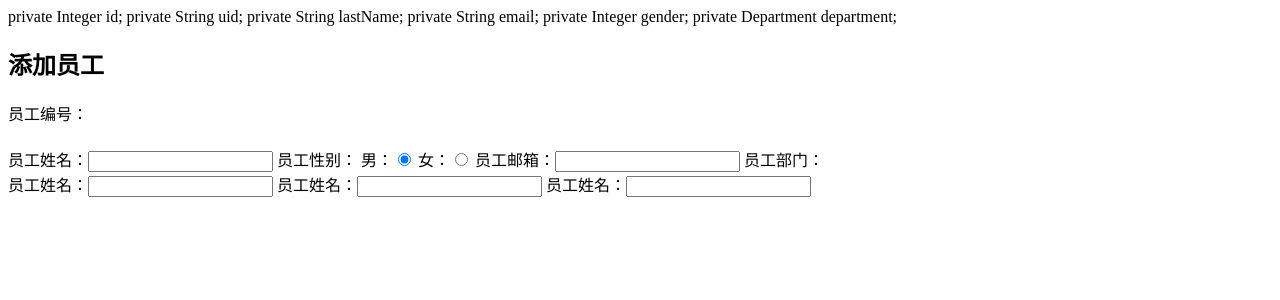
Repository: ocxz/spring
Page: http://localhost/8.SpringMVC_CRUD/WEB-INF/pages/add.jsp
These files come from the project's save history. The page is drawn as it stood at one moment and after the next save; the edit follows.
The browser window is 1280 px wide. The pictures show the whole page.
The page is served by Tomcat 9. Nobody is signed in. Other server files are loaded and not shown. The template is opened directly, without the code that normally fills it, so the values that code supplies are empty.

Above is the page before, as saved 2019-12-06 01:35:53.

### Spring/代码/8.SpringMVC_CRUD/src/main/webapp/WEB-INF/pages/add.jsp
<%@ page language="java" contentType="text/html; charset=UTF-8"
    pageEncoding="UTF-8"%>
<!DOCTYPE html>
<html>
<head>
<meta charset="UTF-8">
<title>添加员工</title>
</head>
<body>

		private Integer id;
	private String uid;
	private String lastName;
	private String email;
	private Integer gender;
	private Department department;
	<h2>添加员工</h2>
	<form action="" method="post">
		员工编号：<h5></h5>
		员工姓名：<input type="text" name="lastName">
		员工性别：
			男：<input type="radio" name="gender" value="1" checked="checked">
			女：<input type="radio" name="gender" value="0">
		员工邮箱：<input type="text" name="email">
		员工部门：<section name="department.did"></section>
		员工姓名：<input type="text" name="lastName">
		员工姓名：<input type="text" name="lastName">
		员工姓名：<input type="text" name="lastName">
	</form>
</body>
</html>

After the next save:
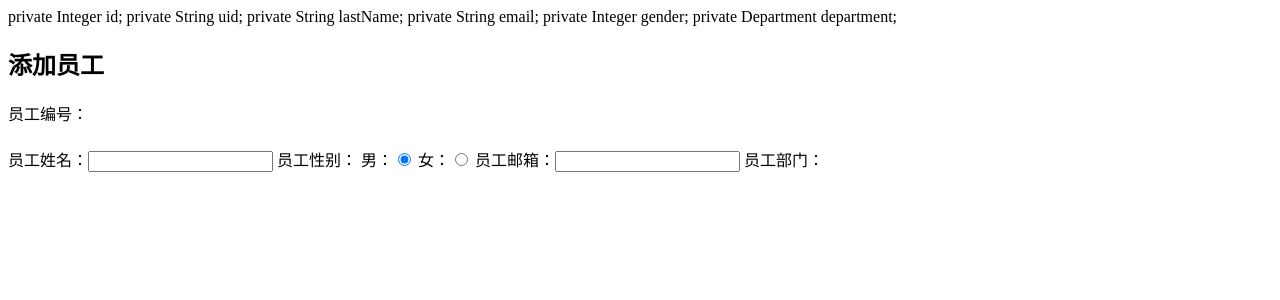
Saved 7 s later.
--- a/Spring/代码/8.SpringMVC_CRUD/src/main/webapp/WEB-INF/pages/add.jsp
+++ b/Spring/代码/8.SpringMVC_CRUD/src/main/webapp/WEB-INF/pages/add.jsp
@@ -23,9 +23,6 @@
 			女：<input type="radio" name="gender" value="0">
 		员工邮箱：<input type="text" name="email">
 		员工部门：<section name="department.did"></section>
-		员工姓名：<input type="text" name="lastName">
-		员工姓名：<input type="text" name="lastName">
-		员工姓名：<input type="text" name="lastName">
 	</form>
 </body>
 </html>
